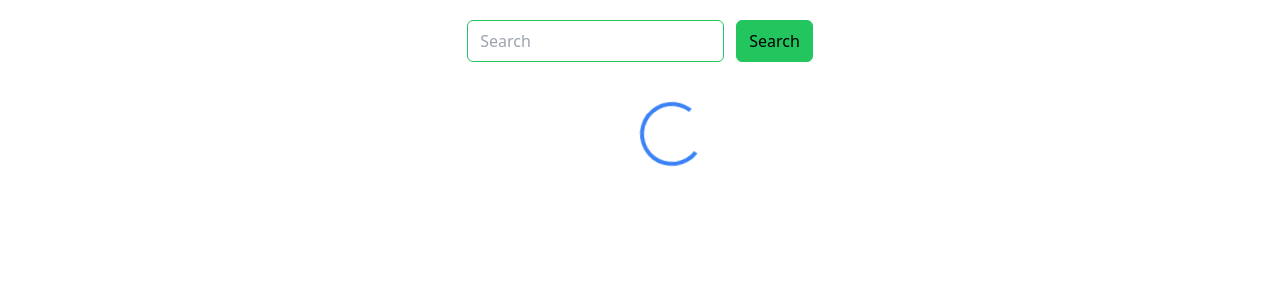
Repository: kimhieu153255/Image-search-app
Page: /
These files come from the project's save history. The page is drawn as it stood at one moment and after the next save; the edit follows.
The browser window is 1280 px wide. The pictures show the whole page.
The page's requests for data from a server got no answer. The project was rebuilt for these pictures with package versions that can differ from the ones it lists, and the page was loaded fresh each time. No one was signed in, and anything a server would have sent is missing. Also part of the build but not shown: vite.config.js, src/Components/Card/Card.jsx.

Above is the page before, as saved 2023-10-27 01:25:07.

After the next save:
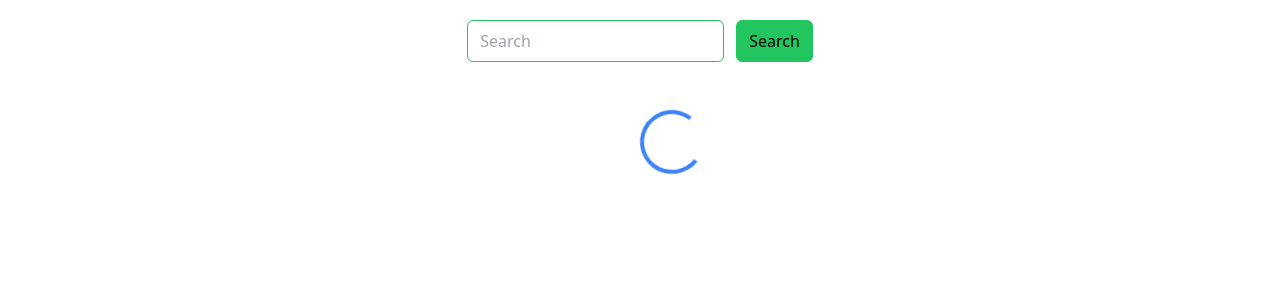
Saved 57 s later.
--- a/src/App.jsx
+++ b/src/App.jsx
@@ -27,7 +27,7 @@ function App() {
         <Search></Search>
         <CardList></CardList>
         {isLoading && (
-          <div className="inset-0 backdrop-blur-sm">
+          <div className="inset-0 backdrop-blur-sm my-2">
             <div className="inline-block h-16 w-16 animate-spin rounded-full border-4 border-solid border-r-transparent align-[-0.125em] text-secondary motion-reduce:animate-[spin_1.5s_linear_infinite] border-blue-500 absolute top-1/2 left-1/2 backdrop-blur-[2px]">
               <span className="!absolute !-m-px !h-px !w-px !overflow-hidden !whitespace-nowrap !border-0 !p-0 ![clip:rect(0,0,0,0)]"></span>
             </div>
